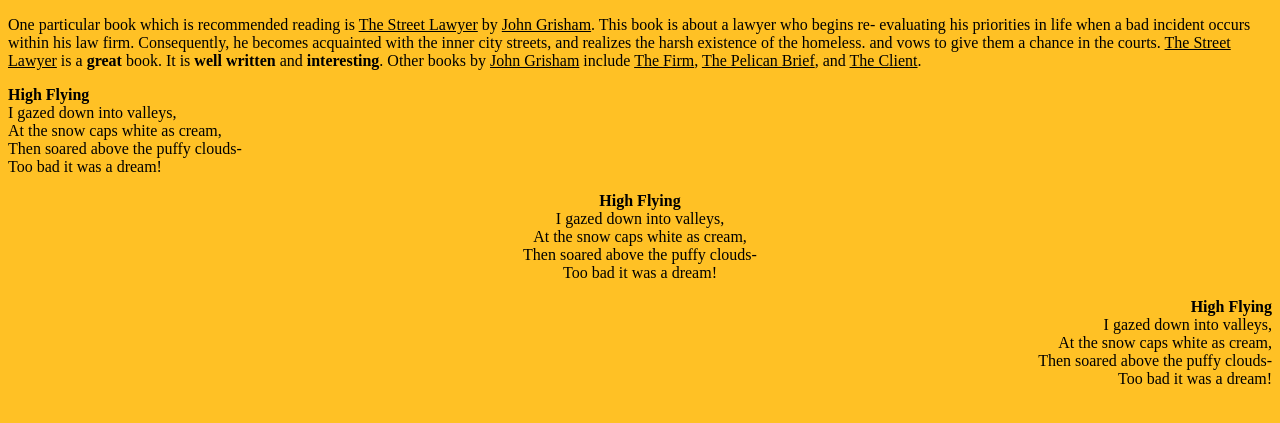
Repository: NguyenPhuSang21023391/HTCNWeb_T1-2
Page: TH_Tuan01/html/bai03.html
These files come from the project's save history. The page is drawn as it stood at one moment and after the next save; the edit follows.
The browser window is 1280 px wide. The pictures show the whole page.

Above is the page before, as saved 2023-02-19 16:37:44.

### TH_Tuan01/html/bai03.html
<!DOCTYPE html>
<html lang="en">
  <head>
    <meta charset="UTF-8" />
    <meta http-equiv="X-UA-Compatible" content="IE=edge" />
    <meta name="viewport" content="width=device-width, initial-scale=1.0" />
    <title>Document</title>
  </head>
  <body>
    <body bgcolor="#ffc125">
    <p>
      One particular book which is recommended reading is
      <u>The Street Lawyer</u> by <u>John Grisham</u>. This book is about a
      lawyer who begins re- evaluating his priorities in life when a bad
      incident occurs within his law firm. Consequently, he becomes acquainted
      with the inner city streets, and realizes the harsh existence of the
      homeless. and vows to give them a chance in the courts.
      <u>The Street Lawyer</u> is a <b>great</b> book. It is
      <b>well written</b> and <b>interesting</b>. Other books by
      <u>John Grisham</u> include <u>The Firm</u>, <u>The Pelican Brief</u>, and
      <u>The Client</u>.
    </p>

    <p style="text-align: left">
      <b>High Flying</b> <br />I gazed down into valleys, <br />At the snow caps
      white as cream,<br />Then soared above the puffy clouds- <br />Too bad it
      was a dream!
    </p>

    <p style="text-align: center">
      <b>High Flying</b> <br />I gazed down into valleys, <br />At the snow caps
      white as cream,<br />Then soared above the puffy clouds- <br />Too bad it
      was a dream!
    </p>

    <p style="text-align: right">
      <b>High Flying</b> <br />I gazed down into valleys, <br />At the snow caps
      white as cream,<br />Then soared above the puffy clouds- <br />Too bad it
      was a dream!
    </p>
  </body>
</html>

After the next save:
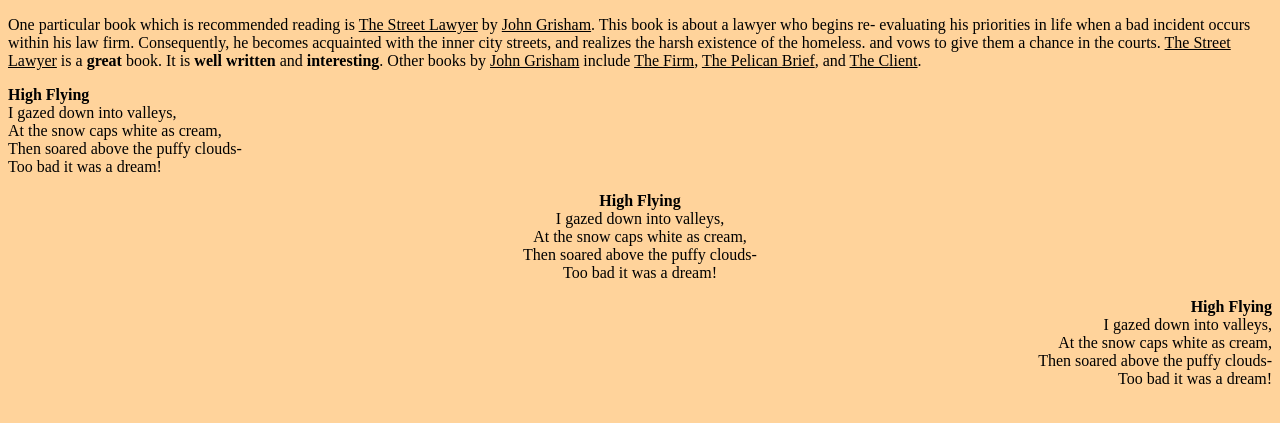
Saved 103 s later.
--- a/TH_Tuan01/html/bai03.html
+++ b/TH_Tuan01/html/bai03.html
@@ -7,7 +7,7 @@
     <title>Document</title>
   </head>
   <body>
-    <body bgcolor="#ffc125">
+    <body bgcolor="#ffd39b">
     <p>
       One particular book which is recommended reading is
       <u>The Street Lawyer</u> by <u>John Grisham</u>. This book is about a
